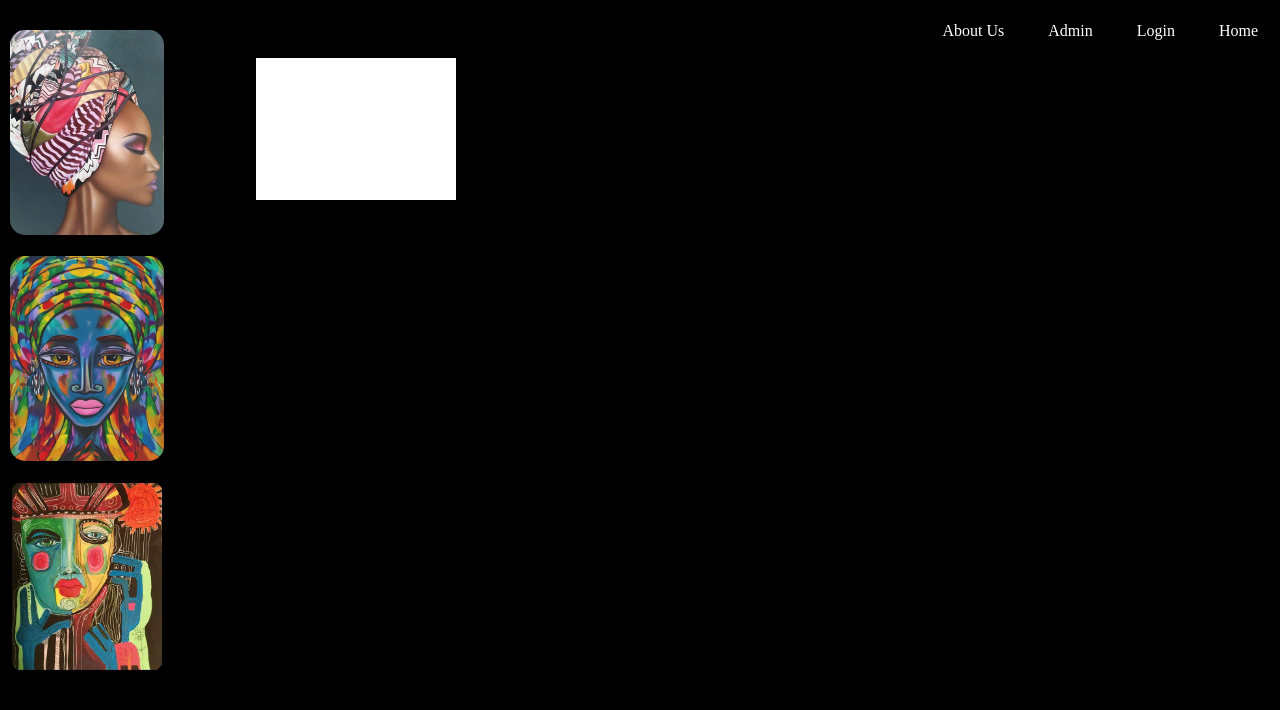
Repository: prathyushaa5/artgallery
Page: index.html
The author's editor kept a copy of each file at every save. The page is drawn from the files as they stood at one save, then again after the next save.
The browser window is 1280 px wide. The pictures show the whole page.

Above is the page before, as saved 2023-11-09 23:56:32.

### index.html
<!DOCTYPE html>
<html lang="en">
<head>
    <meta charset="UTF-8">
    <meta name="viewport" content="width=device-width, initial-scale=1.0">
    <title>Document</title>
    <link rel="stylesheet" href="style1.css">
</head>
<body>
    <div class="navbar">
    <a class="home">Home</a>
    <a class="login">Login</a>
    <a class="admin">Admin</a>
    <a class="aboutUs">About Us</a>

    </div>
    <div class="body">
    <section class="sidebar">
    <img src="../PProject/img1.jpg" alt="art"  class="img">
    <img src="../PProject/img2.jpg" alt="art"  class="img">
    <img src="../PProject/img3.jpg" alt="art"  class="img">

    </section>
    <section class="circle">

    </section>
</div>
</body>
</html>

### style1.css
body{
    margin:0px;
    padding:0px;
    background-color:#000000;
}
.navbar{
    width:100%;
    height:8vh;
    background-color:#000000;
    display:flex;
    flex-direction:row-reverse;
    color:white;
    position:absolute;



}
.home,.login,.admin,.aboutUs{
  padding:22px;
}
.home:hover,.login:hover,.admin:hover,.aboutUs:hover{
    color:grey;
  }
  .body{
    display:flex;

  }
.sidebar{
    height:92vh;
    width:20%;
    background-color:#000000;
    display:flex;
    flex-direction:column;
    justify-content:space-around;
    position:relative;
    top:20px;

}
img.img{
    position:relative;
    animation:anim 5s ease-in;
    animation-iteration-count:infinite;
    margin:2px 10px;
    width:60%;
    border-radius:15px;
}
.circle{
    height:200px;
    width:200px;
    background-color:white;
    positon:relative;
    display:inline-block;
    bottom:40px;
}
@keyframes anim{
    0%{
        opacity:1;
    }
    50%{
        opacity:0.5;
    }
    100%{
        opacity:1;
    }

}

After the next save:
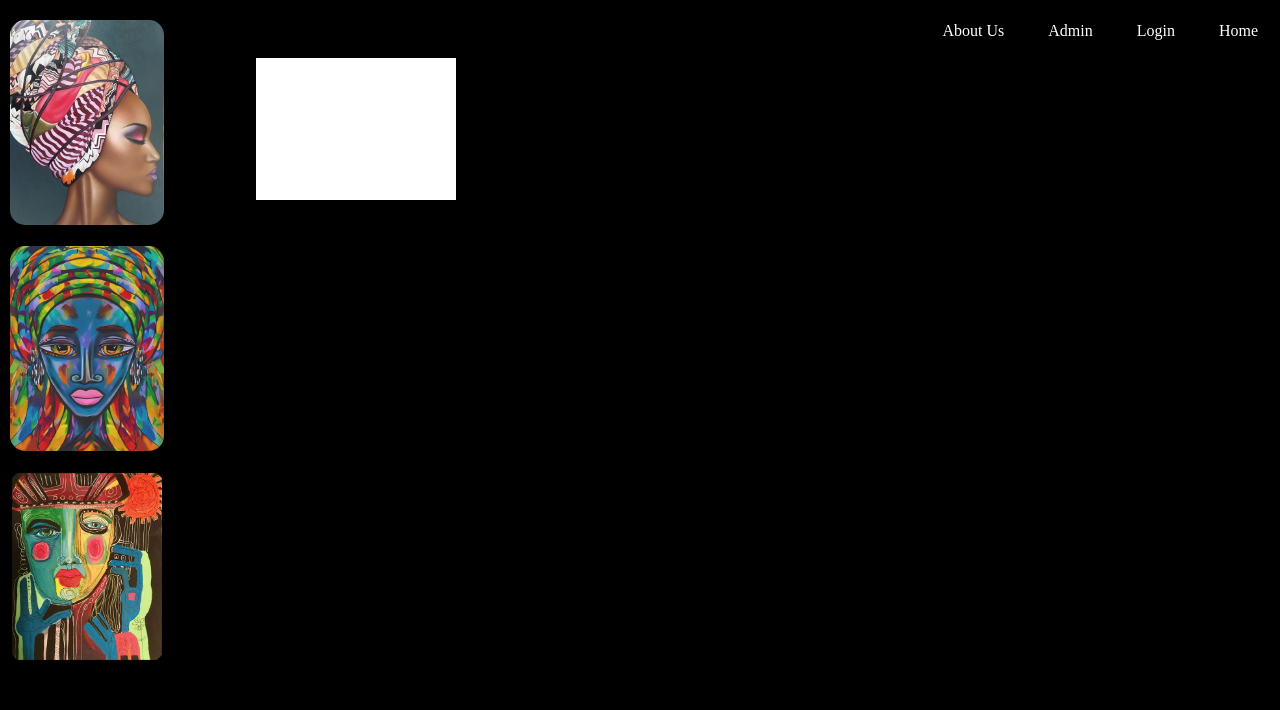
Saved 2 min 45 s later.
--- a/style1.css
+++ b/style1.css
@@ -33,7 +33,7 @@
     flex-direction:column;
     justify-content:space-around;
     position:relative;
-    top:20px;
+    top:10px;
 
 }
 img.img{

After the save that followed:
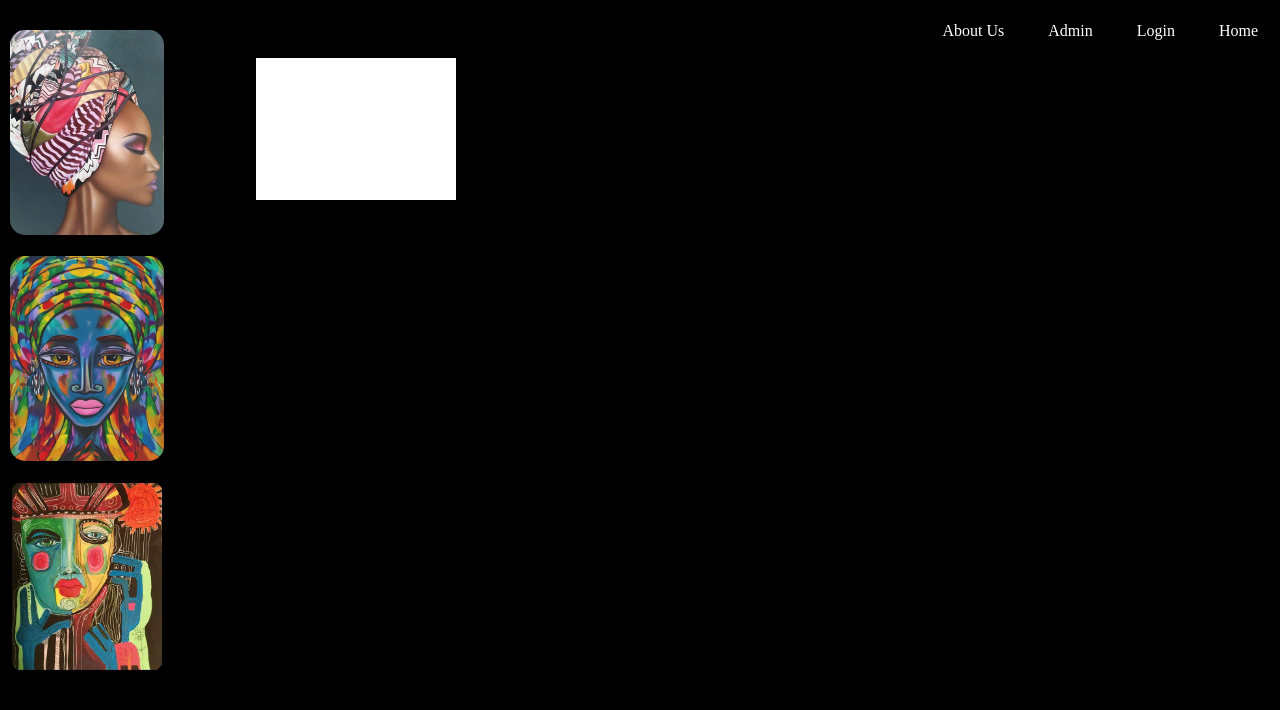
Saved 22 s later.
--- a/style1.css
+++ b/style1.css
@@ -33,7 +33,7 @@
     flex-direction:column;
     justify-content:space-around;
     position:relative;
-    top:10px;
+    top:20px;
 
 }
 img.img{
